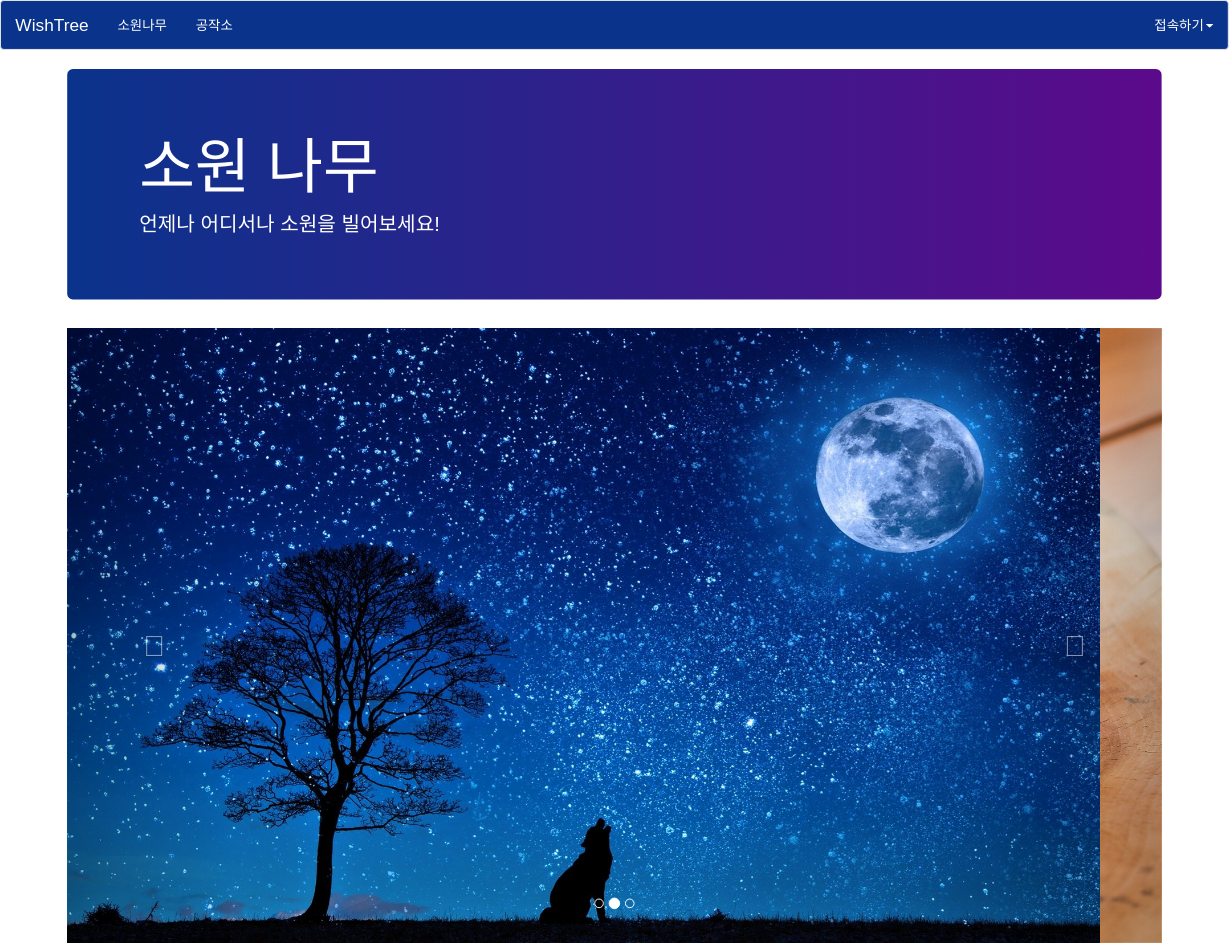
Repository: jongah/WishTree
Page: http://localhost/text/main.jsp
The author's editor kept a copy of each file at every save. The page is drawn from the files as they stood at one save, then again after the next save.
The browser window is 1280 px wide. The pictures show the whole page, at 96% of full size.
Some web fonts or font styles are not loaded; a fallback is used. Some web libraries are served in a nearby version. The page is served by Tomcat 9. Other server files are loaded and not shown.

Above is the page before, as saved 2021-05-05 15:14:43.

### text/WebContent/main.jsp
<%@ page language="java" contentType="text/html; charset=UTF-8"
	pageEncoding="UTF-8"%>
<!DOCTYPE html>
<html>
<head>
<meta charset="UTF-8">
<meta name="viewport" content="width=device-width" initial-scale="1" />
<link rel="stylesheet" href="css/bootstrap.css">
<link rel="stylesheet" href="css/custom.css">
<title>소원나무</title>
</head>
<body>
	<%
		String userID = null;
		// 로그인이 되어있으면 세션에 값이 있을 것이다.
		if (session.getAttribute("userID") != null) {
			userID = (String) session.getAttribute("userID");
		}
	%>
	<nav class="navbar navbar-default">
		<div class="navbar-header">
			<button type="button" class="navbar-toggle collapsed"
				data-toggle="collapse" data-target="#bs-example-navbar-collapse-1"
				aria-expanded="false">
				<span class="icon-bar"></span> <span class="icon-bar"></span> <span
					class="icon-bar"></span>
			</button>
			<a href="main.jsp" class="navbar-brand">WishTree</a>
		</div>
		<div class="collapse navbar-collapse"
			id="bs-example-navbar-collapse-1">
			<ul class="nav navbar-nav">
				<li><a href="main.jsp">소원나무</a></li>
				<li><a href="bbs.jsp">공작소</a></li>
			</ul>
			<%
				if (userID == null) {
			%>
			<ul class="nav navbar-nav navbar-right">
				<li class="dropdown"><a href="#" class="dropdown-toggle"
					data-toggle="dropdown" role="button" aria-haspopup="true"
					aria-expanded="false">접속하기<span class="caret"></span></a>
					<ul class="dropdown-menu">
						<li><a href="login.jsp">로그인</a></li>
						<li><a href="join.jsp">회원가입</a></li>
					</ul></li>
			</ul>
			<%
				} else {
			%>
			<ul class="nav navbar-nav navbar-right">
				<li class="dropdown"><a href="#" class="dropdown-toggle"
					data-toggle="dropdown" role="button" aria-haspopup="true"
					aria-expanded="false">회원관리<span class="caret"></span></a>
					<ul class="dropdown-menu">
						<li><a href="logoutAction.jsp">로그아웃</a></li>
					</ul></li>
			</ul>
			<%
				}
			%>
		</div>
	</nav>

	<div class="container">
		<div class="jumbotron">
			<div class="container">
				<h1>소원 나무</h1>
				<p>언제나 어디서나 소원을 빌어보세요!</p>
			</div>
		</div>
	</div>

	<div class="container">
		<div id="myCarousel" class="carousel slide" data-ride="carousel">
			<ol class="carousel-indicators">
				<li data-target="#myCarousel" data-slide-to="0" class="active"></li>
				<li data-target="#myCarousel" data-slide-to="1"></li>
				<li data-target="#myCarousel" data-slide-to="2"></li>
			</ol>
			<div class="carousel-inner">
				<div class="item active">
					<img src="images/wolf.jpg">
				</div>
				<div class="item">
					<img src="images/coffee.jpg">
				</div>
				<div class="item">
					<img src="images/letters.jpg">
				</div>
			</div>
			<a href="#myCarousel" class="left carousel-control" data-slide="prev">
				<span class="glyphicon-chevron-left"></span>
			</a>
			<a href="#myCarousel" class="right carousel-control" data-slide="next">
				<span class="glyphicon-chevron-right"></span>
			</a>
		</div>
	</div>


	<script src="https://code.jquery.com/jquery-3.1.1.min.js"></script>
	<script src="js/bootstrap.js"></script>
</body>
</html>

### text/WebContent/css/custom.css
@import url('https://fonts.googleapis.com/css2?family=Nanum+Gothic&display=swap');
@import url(//fonts.googleapis.com/earlyaccess/hanna.css);

*{
	font-family : 'Nanum Gothic', sans-serif;
}
h1{
	font-family : 'Hanna', sans-serif;
}
.jumbotron{
	color:white;
	background: linear-gradient(90deg, #0a338c, #5c0a8c);
}
.navbar-default{
	background-color:#0a338c;
}
.navbar .nav > li > a {
	color:white;
}
.navbar .navbar-right{
	color:white;
}
.navbar .navbar-header .navbar-brand{
	color:white;
}

Loaded but not shown: text/WebContent/css/bootstrap.css (library); text/WebContent/js/bootstrap.js (library)

After the next save:
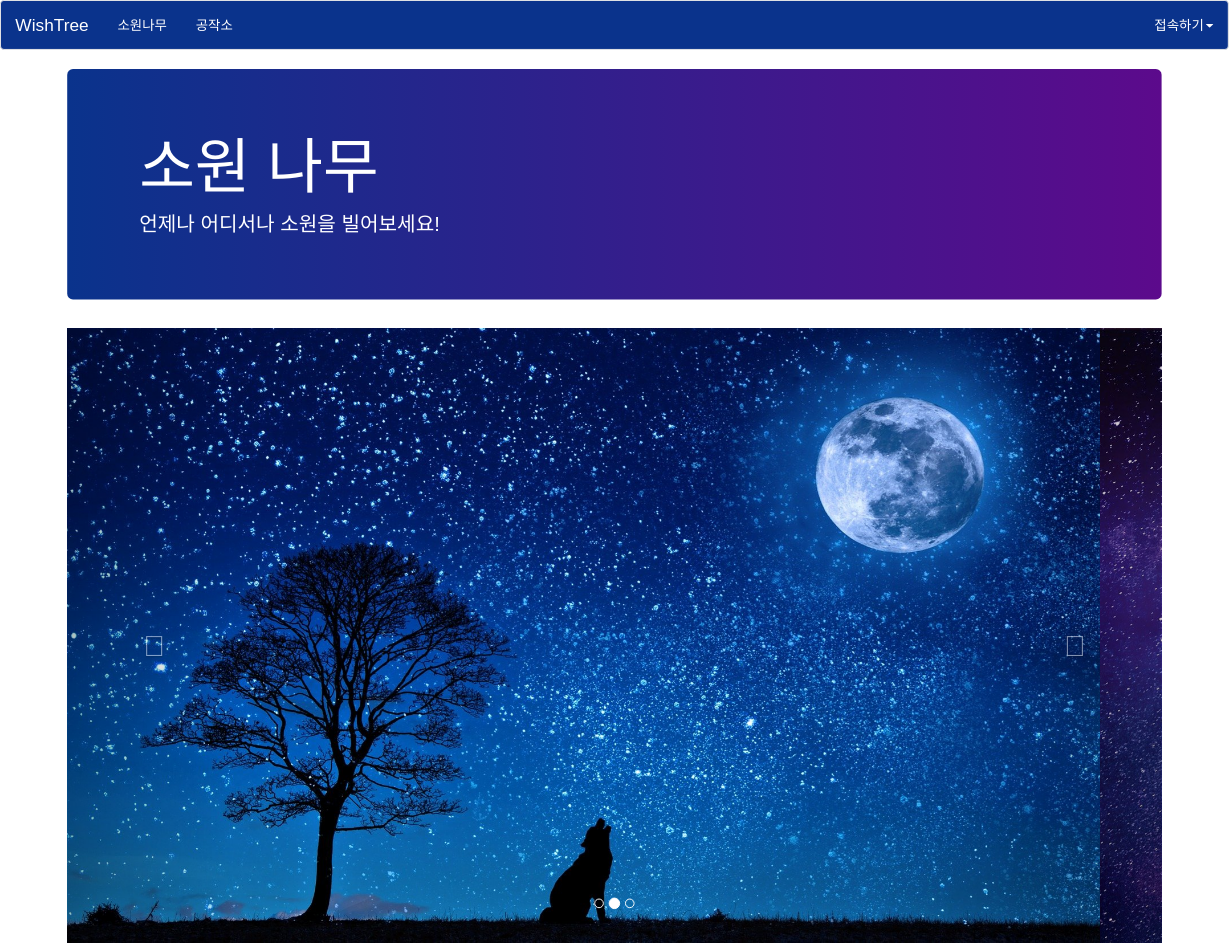
Saved 50 s later.
--- a/text/WebContent/main.jsp
+++ b/text/WebContent/main.jsp
@@ -83,7 +83,7 @@
 					<img src="images/wolf.jpg">
 				</div>
 				<div class="item">
-					<img src="images/coffee.jpg">
+					<img src="images/space.jpg">
 				</div>
 				<div class="item">
 					<img src="images/letters.jpg">
